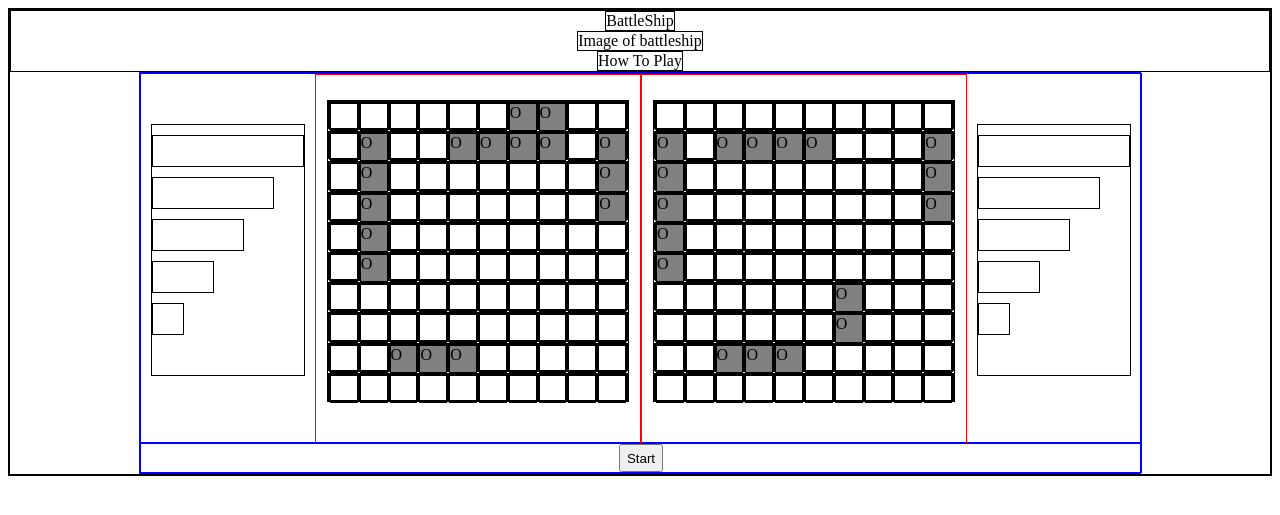
Repository: J-Haze/BattleshipApp
Page: /, after clicking the first element matching `div.carrier`
An editor plug-in stored every save of this project. The page is shown before and after the next save, followed by the edit.
The browser window is 1280 px wide. The pictures show the whole page.
The project was rebuilt for these pictures with package versions that can differ from the ones it lists, and the page was loaded fresh each time. Also part of the build but not shown: src/index.css.

Above is the page before, as saved 2020-09-23 19:12:38.

### src/App.js
import React from "react";
import "./App.css";
import Game from "./Components/Game";
import Header from "./Components/Header"
// import { ProgressPlugin } from "webpack";

//test

function App() {
  return (
    <div className="App">
      <Header />
      <Game />
    </div>
  );
}

export default App;

### src/App.css
/* test */
:root{
    --black: #1B262C;
}


header {
    border: 1px solid black;

    display: flex;
    flex-direction: column;
    justify-content: center;
    align-items: center;

}

div {
    border: 1px solid black;
}

#how-to:hover{
    cursor: pointer;
}

#game{
    width: 1000px;
    height: 400px;
    display: flex;
    flex-direction: column;
    border: 1px solid blue;
    margin-left: auto;
    margin-right: auto;
}

.column{
    width: 50%;
    height: 100%;
    border: 1px solid red;
}

.board{
    height: 300px;
    width: 300px;
    margin-left: auto;
    margin-right: auto;
    margin-top: 25px;

    display: grid;
    grid-template-columns: repeat(1, 1fr);
    grid-template-rows: repeat(10, 1fr);
    gap: 2px;
}

.row{
    display: flex;
    /* height: 30px; */
    height: 1fr;
    width: 1fr;
}

.square{
    /* height: 100%;
    width: 10%; */
    display: flex;
    height: 100%;
    width: 10%;
}

.ship{
    background-color:gray;
    height: 100%;
    width: 100%;
}

.hit{
    background-color:red;
    height: 100%;
    width: 100%;
}

.miss{
    background-color:lightblue;
    height: 100%;
    width: 100%;
}

.sunk{
    background-color:black;
    height: 100%;
    width: 100%;
}

.empty{
    /* background-color: yellow; */
    height: 100%;
    width: 100%;
}

#top-row{
    display: flex;
    width: 1000px;
    height: 400px;
    border: 1px solid blue;
    margin-left: auto;
    margin-right: auto;
}

#bottom-row{
    display: flex;
    width: 1000px;
    height: 30px;
    border: 1px solid blue;
    margin-left: auto;
    margin-right: auto;
}

#start-button{
    margin-left: auto;
    margin-right: auto;
}

.fleet{
    height: 250px;
    width: 200px;
    margin-top: 50px;
    margin-left: 10px;
    margin-right: 10px;
}

.ship-harbor{
    height: 30px;
    margin-top: 10px;
}

.carrier{
    width: 150px;
}

.battleship{
    width: 120px;
}

.cruiser{
    width: 90px;
}

.submarine{
    width: 60px;
}

.destroyer{
    width: 30px;
}

### src/Components/Game.js
import React, { useState, useEffect } from "react"
import shipFactory from "../factories/ship"
import gameboardFactory from "../factories/gameboard"
import player from "../factories/player"
import Board from "./Board.js"
import Row from "./Row.js"
import Fleet from "./Fleet.js"
// import { set } from "date-fns"

function Game() {
    const [playerState, setPlayer] = useState(player("Player"))
    const [computer, setComputer] = useState(player("Player")) //Eventually change to "computer"

    const [rowState, setRowState] = useState([]);
    let rows = [];

    const [orientation, setOrientation] = useState("horizontal");
    const [placingShip, setPlacingShip] = useState(null);

    const [refresh, setRefresh] = useState(false);

    let pCarrier = "";
    let pBattleship = "";
    let pCruiser = "";
    let pSubmarine = "";
    let pDestroyer = "";

    let pCarrierOrient = "";
    let pBattleshipOrient = "";
    let pCruiserOrient = "";
    let pSubmarineOrient = "";
    let pDestroyerOrient = "";

    const placeShipsPlayer = (pCarrier, pBattleship, pCruiser, pSubmarine, pDestroyer, pCarrierOrient, pBattleshipOrient, pCruiserOrient, pSubmarineOrient, pDestroyerOrient) => {
        const destroyer = shipFactory(2)
        const submarine = shipFactory(3)
        const cruiser = shipFactory(3)
        const battleship = shipFactory(4)
        const carrier = shipFactory(5)

        playerState.gameboard.placeShip(carrier, 5, pCarrier, pCarrierOrient);
        playerState.gameboard.placeShip(battleship, 4, pBattleship, pBattleshipOrient);
        playerState.gameboard.placeShip(cruiser, 3, pCruiser, pCruiserOrient);
        playerState.gameboard.placeShip(submarine, 3, pSubmarine, pSubmarineOrient);
        playerState.gameboard.placeShip(destroyer, 2, pDestroyer, pDestroyerOrient);
    }

    pCarrier = 11;
    pBattleship = 14;
    pCruiser = 82;
    pSubmarine = 19;
    pDestroyer = 6;

    pCarrierOrient = "vertical";
    pBattleshipOrient = "horizontal";
    pCruiserOrient = "horizontal";
    pSubmarineOrient = "vertical";
    pDestroyerOrient = "horizontal";

    placeShipsPlayer(pCarrier, pBattleship, pCruiser, pSubmarine, pDestroyer, pCarrierOrient, pBattleshipOrient, pCruiserOrient, pSubmarineOrient, pDestroyerOrient);


    const placeShipsComputer = (pCarrier, pBattleship, pCruiser, pSubmarine, pDestroyer, pCarrierOrient, pBattleshipOrient, pCruiserOrient, pSubmarineOrient, pDestroyerOrient) => {
        const destroyer = shipFactory(2)
        const submarine = shipFactory(3)
        const cruiser = shipFactory(3)
        const battleship = shipFactory(4)
        const carrier = shipFactory(5)

        computer.gameboard.placeShip(carrier, 5, pCarrier, pCarrierOrient);
        computer.gameboard.placeShip(battleship, 4, pBattleship, pBattleshipOrient);
        computer.gameboard.placeShip(cruiser, 3, pCruiser, pCruiserOrient);
        computer.gameboard.placeShip(submarine, 3, pSubmarine, pSubmarineOrient);
        computer.gameboard.placeShip(destroyer, 2, pDestroyer, pDestroyerOrient);

    };

    let cCarrier = 10;
    let cBattleship = 12;
    let cCruiser = 82;
    let cSubmarine = 19;
    let cDestroyer = 66;

    let cCarrierOrient = "vertical";
    let cBattleshipOrient = "horizontal";
    let cCruiserOrient = "horizontal";
    let cSubmarineOrient = "vertical";
    let cDestroyerOrient = "vertical";

    placeShipsComputer(cCarrier, cBattleship, cCruiser, cSubmarine, cDestroyer, cCarrierOrient, cBattleshipOrient, cCruiserOrient, cSubmarineOrient, cDestroyerOrient);

    function togglePlacement(toggledShip) {
        //add Classname to make ship selected? Or do this in "Fleet"
        //^^ Look at "toggleRead"

        // console.log("orig", placingShip)
        // console.log("toggledShip", toggledShip)
        if (placingShip == toggledShip) {
            setPlacingShip(null)
            // console.log("match")
            // console.log("placingShip:", placingShip)
        } else {
            setPlacingShip(toggledShip)
            // console.log("placingShip:", placingShip)
        }
        // console.log("placingShip:", placingShip)
    }


    let attackCoord = "";

    function handleClick(id) {
        attackCoord = playerState.sendAttack(id);
        computer.gameboard.receiveAttack(attackCoord)
        setRefresh(!refresh)
        console.log("computer:", computer)
    };

    function createRows(board) {
        rows = [];
        for (let i = 0; i < board.length; i += 10) {
            rows.push(board.slice(i, i + 10));
        }
        setRowState(rows);
    }

    useEffect(() => {
        createRows(computer.gameboard.board);

    }, [computer, refresh]
    );

    return (
        <div id="game">
            <div id="top-row">
                {/* <div id="player-fleet" className="fleet"></div> */}
                <Fleet
                    id="player-fleet"
                    orient={orientation}
                    togglePlacement={togglePlacement}
                    placingShip={placingShip}
                />

                <div id="col-one" className="column">
                    <Board
                        key={"player"}
                        id="player-board"
                        board={playerState.gameboard.board}
                    // handleClick={}
                    // handleTest={handleTest}
                    />


                </div>
                <div id="col-two" className="column">
                    <div id="computer-board" className="board">
                        {rowState.map((row, i) => {
                            return (
                                <Row
                                    key={i}
                                    roww={i}
                                    rowObj={row}
                                    handleClick={handleClick}
                                />
                            );
                        })
                        }
                    </div>
                </div>

                {/* <div id="computer-fleet" className="fleet"></div> */}
                <Fleet
                    id="computer-fleet"
                    orient={orientation}
                />
            </div>
            <div id="bottom-row">
                <button id="start-button">Start</button>
            </div>
        </div>
    )
}

export default Game;

### src/Components/Header.js
import React from "react"
// import shipFactory from "../factories/ship"
// import gameboardFactory from "../factories/gameboard"
// import player from "../factories/player"


function Header() {
    return (
        <header>
            <div>BattleShip</div>
            <div> Image of battleship </div>
            <div id="how-to"> How To Play </div>
        </header>
    )
}


export default Header;

### src/factories/ship.js

const shipFactory = (shipLength) => {
    const shipNames = {
        1: 'Submarine',
        2: 'Destroyer',
        3: 'Cruiser',
        4: 'Battleship',
        5: 'Carrier',
    };

    const name = shipNames[shipLength];

    let ship = [];
    for (let i = 0; i < shipLength; i++) {
        ship.push([false, i, name])
    }

    let hit = (hitLocation) => {
        ship[hitLocation] = [true, hitLocation, name];
        console.log("Hit!", ship)
        console.log(`You've hit my ${name}`)
        // console.log("hits length", hit.length)
        // console.log("ship.length", ship.length)
        return ship
    }

    let isSunk = () => {
        let sunkStatus = false
        ship[0][0] == true ? sunkStatus = true : sunkStatus = false
        for (let square in ship) {
            // console.log("ship:", ship)
            // console.log(ship[square])
            sunkStatus = (ship[square][0] && sunkStatus)
        }
        // let sunkStatus = ship[0].every(Boolean);
        return sunkStatus
    }

    return {
        //id,
        name,
        shipLength,
        ship,
        hit,
        isSunk
    }
}

// const destroyer = shipFactory(2)
// const cruiser = shipFactory(3)
// const battleship = shipFactory(4)
// const carrier = shipFactory(5)

export default shipFactory;

//export default {shipFactory, destroyer, cruiser, battleship, carrier}

//Comment out with not testing
// module.exports = shipFactory;

### src/factories/gameboard.js
import shipFactory from "./ship"

const destroyer = shipFactory(2)
const submarine = shipFactory(3)
const cruiser = shipFactory(3)
const battleship = shipFactory(4)
const carrier = shipFactory(5)

const gameboardFactory = () => {
    let board = [];
    for (let a = 0; a <= 99; a++) {
        board.push(null)
    }
    // let boatsSunk = ["cruiser", "battleship", "carrier"];
    let boatsSunk = [];
    let allSunk = false;
    // let boatsPlaced = [];
    // let allPlaced = false;

    const placeShip = (shipName, shipLength, position, orient) => {
        //Checks for valid move
        let endPoint = 0;
        let closestEdge = 99;

        if (orient == "horizontal") {
            for (let b = position; b < (position + shipLength); b++) {
                if (board[b] != null) {
                    console.log("Illegal placement: ship already on square")
                    return board
                }
            };

            endPoint = ((position + shipLength - 1) / 10);
            closestEdge = ((Math.ceil(position / 10)) - 0.1);
        }

        if (orient == "vertical") {
            for (let c = position; c < (position + shipLength * 10); c += 10) {
                if (board[c] != null) {
                    console.log(`Illegal placement: ship already on square: ${c}`)
                    return board
                }
            };

            endPoint = ((position + ((shipLength - 1) * 10)));
            closestEdge = 99;
        }


        if ((endPoint > closestEdge)) {
            console.log("Illegal placement: over edge of board")
            return board
        }

        //Places the ship
        for (let square in board) {
            if ((position == square && (orient == "horizontal"))) {
                for (let z = position; z < (position + shipLength); z++) {
                    board.splice(z, 1, shipName.ship[z - position])
                }
                // console.log("HERE", shipName.ship)
                // boatsPlaced.push(shipName)
            } else if ((position == square && (orient == "vertical"))) {
                for (let z = position; z < (position + shipLength * 10); z += 10) {
                    // let w = Math.round(z/10)
                    // console.log(z)
                    board.splice(z, 1, shipName.ship[(z - position) / 10])
                }
            }
        }
        // console.log({ board })
        return board
    }

    const receiveAttack = (attackPosition) => {
        let attackID = board[attackPosition];

        //Change to if (board[attackPosition] != "false")
        if (board[attackPosition] == null) {
            console.log("Attack missed")
            board[attackPosition] = "miss";
            console.log("New Board Internal:", { board })
            return board
        }

        if ((attackID[0] == true) || (board[attackPosition] == "miss")) {
            console.log("Already guessed this position")
            return board
        }

        if (attackID[0] == false) {
            console.log("Receive Attack hit!")
            let hitLocation = attackID[1];
            let boatHitString = attackID[2];
            let boatHit = "";

            if (boatHitString == "Carrier") {
                boatHit = carrier;
            } else if (boatHitString == "Battleship") {
                boatHit = battleship;
            } else if (boatHitString == "Cruiser") {
                boatHit = cruiser;
            } else if (boatHitString == "Destroyer") {
                boatHit = destroyer;
            } else if (boatHitString == "Submarine") {
                boatHit = submarine;
            }

            console.log({ boatHit })

            boatHit.hit(hitLocation);
            board[attackPosition][0] = true;

            console.log("isSunk?", boatHit.isSunk())

            if (boatHit.isSunk()) {
                console.log(`Player's ${boatHitString} is sunk!`)
                //change all squares in boatHit from "hit" to "sunk"?
                //Or just have a pop up (i think the board game doesn't change to "sunk")
                boatsSunk.push(boatHitString)
                console.log({ boatsSunk })
            }

            if (boatsSunk.length > 4) {
                allSunk = true;
                console.log("ALL BOATS SUNK")
            }

            console.log("everyBoolean:", boatHit.ship[0])
            console.log("New Board:", { board })
            console.log("New Ship:", { boatHit })
        }

        return board

    }

    const getBoard = () => board;

    return {
        board,
        placeShip,
        // allPlaced,
        receiveAttack,
        allSunk
    }
}



export default gameboardFactory;

### src/factories/player.js
// import shipFactory from "./ship"
import gameboardFactory from "./gameboard"

const player = (playerName) => {
    // const submarine = shipFactory(1)
    // const destroyer = shipFactory(2)
    // const cruiser = shipFactory(3)
    // const battleship = shipFactory(4)
    // const carrier = shipFactory(5)
    const getBoard = gameboardFactory();
    const gameboard = getBoard;
    let attackCoord = 100;
    let index = 100;

    const squaresToGuess = [];

    for (let i = 0; i <= 99; i++) {
        squaresToGuess.push(i);
    }
    // console.log(squaresToGuess)

    //Randomly sends an attack
    const sendAttack = (coord) => {
        // if (playerName == "Computer") {
        // }

        if (playerName == "Player") {
            attackCoord = coord;
            index = squaresToGuess.indexOf(attackCoord);
            squaresToGuess.splice(index, 1);
        } else {
            // console.log("s2g", squaresToGuess.length - 1)
            attackCoord = Math.floor(Math.random() * (squaresToGuess.length - 1));
            index = squaresToGuess.indexOf(attackCoord);
            squaresToGuess.splice(index, 1);
        }

        // console.log({ attackCoord })
        console.log("squares to guess:", squaresToGuess)
        return attackCoord
    }



    //send attack will take coordinates and "send an attack" to the OPPOSING board
    //Need to make sure it has an array of 0-99 and takes away the guessed numbers from that array.
    //random between 0 and array.length

    return {
        gameboard,
        squaresToGuess,
        sendAttack
    }
}








export default player;

### src/Components/Board.js
import React, { useState, useEffect } from "react"
// import shipFactory from "../factories/ship"
// import gameboardFactory from "../factories/gameboard"
// import player from "../factories/player"
// import Square from "./Square.js"
import Row from "./Row.js"
// import Player from "./Player.js"

function Board(props) {
    let { id, board } = props;

    // console.log("123:", {board})
    // let squares = board;
    // console.log({ squares })

    const [rowState, setRows] = useState([]);

    // let rows = [];


    useEffect(() => {
        let rows = [];
        for (let i = 0; i < board.length; i += 10) {
            rows.push(board.slice(i, i + 10));
        }
        setRows(rows);
        // console.log("board:", board)
        // console.log("rows", rows)
        // console.log("New Rows:", rowState)
        // console.log("Use Effect Board")
    }, []
        // [board]
    );



    return (
        <div id={id} className="board">
            {/* {squareItems} */}
            {rowState.map((row, i) => {
                return (
                    <Row
                        key={i}
                        roww={i}
                        rowObj={row}
                    // position={[i, j]}
                    // position={square}
                    // key={square.}
                    // key={book.title}
                    // book={book}
                    // handleDelete={handleDelete}
                    // toggleRead={toggleRead}
                    // toggleReading={toggleReading}
                    // toggleNotRead={toggleNotRead}
                    />
                );
            })
            }
        </div>
    )
}

export default Board;

### src/Components/Row.js
import React, { useState, useEffect } from "react"
// import shipFactory from "../factories/ship"
// import gameboardFactory from "../factories/gameboard"
// import player from "../factories/player"
import Square from "./Square"

function Row(props) {
    let { roww, rowObj, handleClick } = props;

    // console.log({ rowObj });
    // const [rowwState, setRoww] = useState([roww]);

    // useEffect(() => {
    //     setRoww(roww);
    // },
    //     [roww]
    // );

    return (
        // <div className="row">
        //     {rowObj}
        // </div>
            <div className="row">
                {rowObj.map((square, j) => {
                    return (
                        <Square
                            key={j}
                            row={roww}
                            col={j}
                            squareObj={square}
                            handleClick={handleClick}
                        />
                    );
                })
                }
            </div>
    )
};
export default Row;

### src/Components/Fleet.js
import React, { useState, useEffect } from "react"

function Fleet(props) {

    console.log("key", props.key)
    console.log("id", props.id)

    console.log("orient", props.orient)

    let toggledCarrier = "";
    let toggledBattleship = "";

    // useEffect(() => {
    //     if (props.placingShip == "carrier") {
    //         toggledCarrier = " toggle";
    //     } else {
    //         toggledCarrier = "";
    //     };
    // }, []
    // );

    if (props.placingShip == "carrier") {
        toggledCarrier = " toggle";
    } else {
        toggledCarrier = "";
    };

    if (props.placingShip == "battleship") {
        toggledBattleship = " toggle";
    } else {
        toggledBattleship = "";
    };

    if (props.orient == "horizontal") {
        return (
            <div id={props.id} className="fleet" >
                <div className={`carrier ship-harbor horizontal${toggledCarrier}`} onClick={() => props.togglePlacement("carrier")}></div>
                <div className={`battleship ship-harbor horizontal${toggledBattleship}`} onClick={() => props.togglePlacement("battleship")}></div>
                <div className="cruiser ship-harbor horizontal"></div>
                <div className="submarine ship-harbor horizontal"></div>
                <div className="destroyer ship-harbor horizontal"></div>
            </div >
        )
    } else {
        return (
            <div id={props.id} className="fleet" > Error
                <div className="carrier ship-harbor horizontal" ></div>
                <div className="battleship ship-harbor horizontal"></div>
                <div className="cruiser ship-harbor horizontal"></div>
                <div className="submarine ship-harbor horizontal"></div>
                <div className="destroyer ship-harbor horizontal"></div>
            </div >
        )
    }


};

export default Fleet;

### src/Components/Square.js
import React, { useState, useEffect } from "react"
// import shipFactory from "../factories/ship"
// import gameboardFactory from "../factories/gameboard"
// import player from "../factories/player"

function Square(props) {

    const id = (props.row * 10 + props.col)

    // if (props.squareObj != null) {
    //     console.log("ID and Object:", id, props.squareObj[0])
    // }

    // let renderedSquare = () => {

    // };

    return (
        <div className="square">
            {/* {row}
            {col} */}
            {(props.squareObj != null) ?
                ((props.squareObj[0] == false) ?
                    (<div className="ship" key={id} onClick={() => props.handleClick(id)}>O</div>) :
                    (props.squareObj[0] == true) ?
                        (<div className="hit" key={id}>X</div>) :
                        (props.squareObj[0] == "sunk") ?
                            (<div className="sunk" key={id}>X</div>) :
                            (props.squareObj == "miss") ?
                                (<div className="miss" key={id}>X</div>) :
                                (<div>error</div>)) :
                (<div className="empty" key={id} onClick={() => props.handleClick(id)}></div>)
                // return <div className="empty" onClick={() => handleClick(key)}></div>
            }
        </div>
    )
}

export default Square;

Loaded but not shown: public/index.html (common file); src/index.js (common file); src/serviceWorker.js (common file)

After the next save:
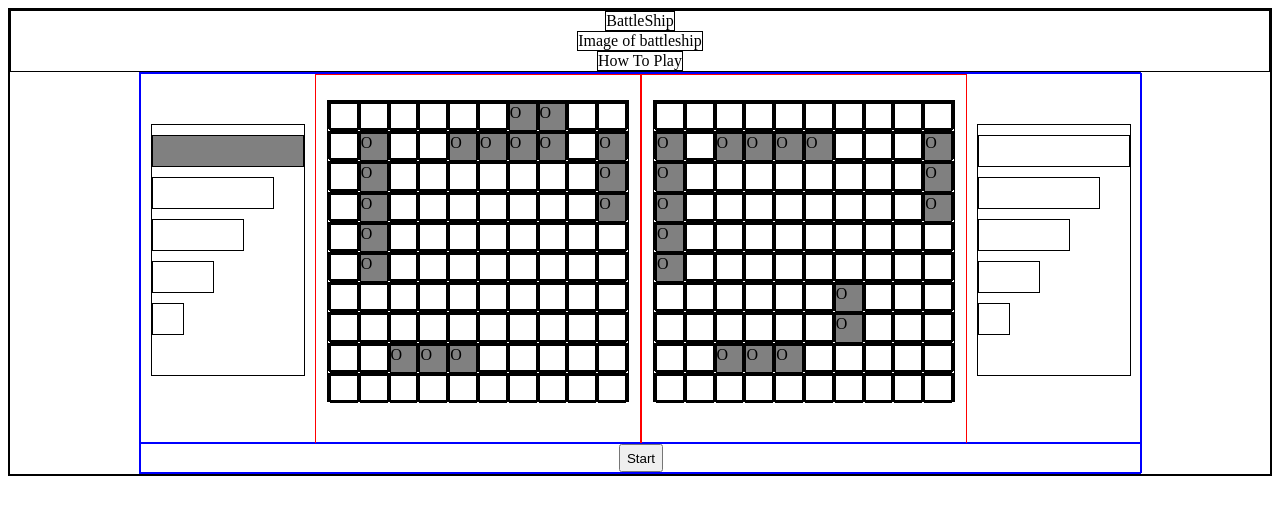
Saved 94 s later.
--- a/src/App.css
+++ b/src/App.css
@@ -151,3 +151,7 @@ div {
 .destroyer{
     width: 30px;
 }
+
+.toggle{
+    background-color: gray;
+}
